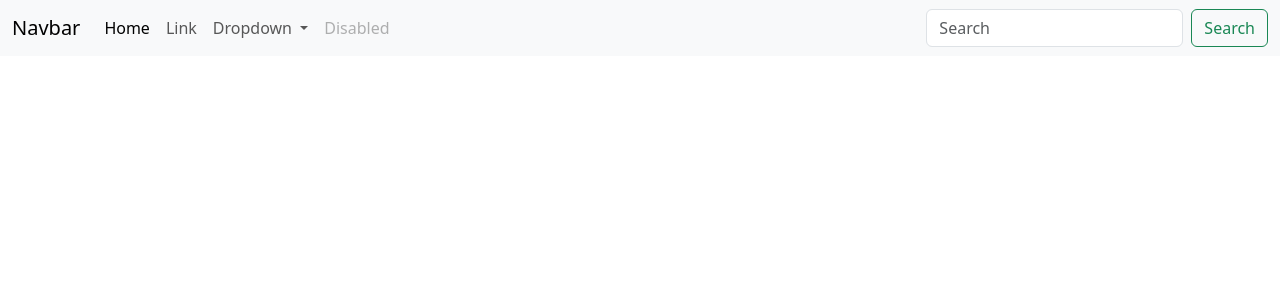
Repository: Riyakashiwala/practical
Page: riya 6th sem/book website.html
The author's editor kept a copy of each file at every save. The page is drawn from the files as they stood at one save, then again after the next save.
The browser window is 1280 px wide. The pictures show the whole page.

Above is the page before, as saved 2024-12-11 06:15:46.

After the next save:
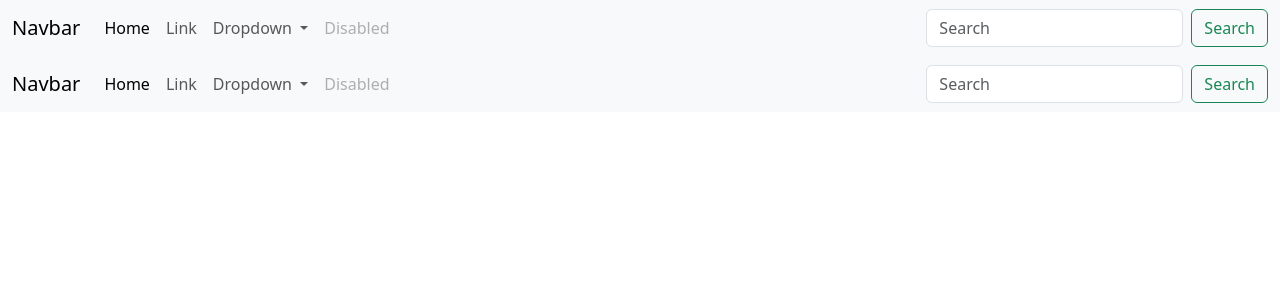
Saved 5 min 52 s later.
--- a/riya 6th sem/book website.html
+++ b/riya 6th sem/book website.html
@@ -1,3 +1,53 @@
+<!DOCTYPE html>
+<html lang="en">
+<head>
+    <meta charset="UTF-8">
+    <meta name="viewport" content="width=device-width, initial-scale=1.0">
+    <title>Book Website</title>
+    <link href="https://cdn.jsdelivr.net/npm/bootstrap@5.3.3/dist/css/bootstrap.min.css" rel="stylesheet" integrity="sha384-QWTKZyjpPEjISv5WaRU9OFeRpok6YctnYmDr5pNlyT2bRjXh0JMhjY6hW+ALEwIH" crossorigin="anonymous">
+
+
+</head>
+<body>
+    <nav class="navbar navbar-expand-lg bg-body-tertiary">
+        <div class="container-fluid">
+            <a class="navbar-brand" href="#">Navbar</a>
+            <button class="navbar-toggler" type="button" data-bs-toggle="collapse" data-bs-target="#navbarSupportedContent" aria-controls="navbarSupportedContent" aria-expanded="false" aria-label="Toggle navigation">
+            <span class="navbar-toggler-icon"></span>
+            </button>
+            <div class="collapse navbar-collapse" id="navbarSupportedContent">
+            <ul class="navbar-nav me-auto mb-2 mb-lg-0">
+                <li class="nav-item">
+                <a class="nav-link active" aria-current="page" href="#">Home</a>
+                </li>
+                <li class="nav-item">
+                <a class="nav-link" href="#">Link</a>
+                </li>
+                <li class="nav-item dropdown">
+                <a class="nav-link dropdown-toggle" href="#" role="button" data-bs-toggle="dropdown" aria-expanded="false">
+                Dropdown
+                </a>
+                <ul class="dropdown-menu">
+                  <li><a class="dropdown-item" href="#">Action</a></li>
+                  <li><a class="dropdown-item" href="#">Another action</a></li>
+                  <li><hr class="dropdown-divider"></li>
+                  <li><a class="dropdown-item" href="#">Something else here</a></li>
+                </ul>
+              </li>
+              <li class="nav-item">
+                <a class="nav-link disabled" aria-disabled="true">Disabled</a>
+              </li>
+            </ul>
+            <form class="d-flex" role="search">
+              <input class="form-control me-2" type="search" placeholder="Search" aria-label="Search">
+              <button class="btn btn-outline-success" type="submit">Search</button>
+            </form>
+          </div>
+        </div>
+      </nav>
+      <script src="https://cdn.jsdelivr.net/npm/bootstrap@5.3.3/dist/js/bootstrap.bundle.min.js" integrity="sha384-YvpcrYf0tY3lHB60NNkmXc5s9fDVZLESaAA55NDzOxhy9GkcIdslK1eN7N6jIeHz" crossorigin="anonymous"></script>
+</body>
+</html>
 <!DOCTYPE html>
 <html lang="en">
 <head>

After the save that followed:
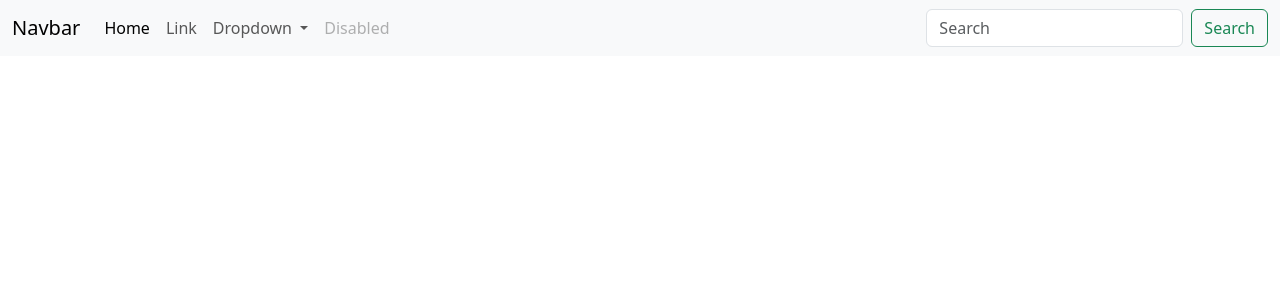
Saved 10 s later.
--- a/riya 6th sem/book website.html
+++ b/riya 6th sem/book website.html
@@ -48,51 +48,3 @@
       <script src="https://cdn.jsdelivr.net/npm/bootstrap@5.3.3/dist/js/bootstrap.bundle.min.js" integrity="sha384-YvpcrYf0tY3lHB60NNkmXc5s9fDVZLESaAA55NDzOxhy9GkcIdslK1eN7N6jIeHz" crossorigin="anonymous"></script>
 </body>
 </html>
-<!DOCTYPE html>
-<html lang="en">
-<head>
-    <meta charset="UTF-8">
-    <meta name="viewport" content="width=device-width, initial-scale=1.0">
-    <title>Book Website</title>
-    <link href="https://cdn.jsdelivr.net/npm/bootstrap@5.3.3/dist/css/bootstrap.min.css" rel="stylesheet" integrity="sha384-QWTKZyjpPEjISv5WaRU9OFeRpok6YctnYmDr5pNlyT2bRjXh0JMhjY6hW+ALEwIH" crossorigin="anonymous">
-</head>
-<body>
-    <nav class="navbar navbar-expand-lg bg-body-tertiary">
-        <div class="container-fluid">
-            <a class="navbar-brand" href="#">Navbar</a>
-            <button class="navbar-toggler" type="button" data-bs-toggle="collapse" data-bs-target="#navbarSupportedContent" aria-controls="navbarSupportedContent" aria-expanded="false" aria-label="Toggle navigation">
-            <span class="navbar-toggler-icon"></span>
-            </button>
-            <div class="collapse navbar-collapse" id="navbarSupportedContent">
-            <ul class="navbar-nav me-auto mb-2 mb-lg-0">
-                <li class="nav-item">
-                <a class="nav-link active" aria-current="page" href="#">Home</a>
-                </li>
-                <li class="nav-item">
-                <a class="nav-link" href="#">Link</a>
-                </li>
-                <li class="nav-item dropdown">
-                <a class="nav-link dropdown-toggle" href="#" role="button" data-bs-toggle="dropdown" aria-expanded="false">
-                Dropdown
-                </a>
-                <ul class="dropdown-menu">
-                  <li><a class="dropdown-item" href="#">Action</a></li>
-                  <li><a class="dropdown-item" href="#">Another action</a></li>
-                  <li><hr class="dropdown-divider"></li>
-                  <li><a class="dropdown-item" href="#">Something else here</a></li>
-                </ul>
-              </li>
-              <li class="nav-item">
-                <a class="nav-link disabled" aria-disabled="true">Disabled</a>
-              </li>
-            </ul>
-            <form class="d-flex" role="search">
-              <input class="form-control me-2" type="search" placeholder="Search" aria-label="Search">
-              <button class="btn btn-outline-success" type="submit">Search</button>
-            </form>
-          </div>
-        </div>
-      </nav>
-      <script src="https://cdn.jsdelivr.net/npm/bootstrap@5.3.3/dist/js/bootstrap.bundle.min.js" integrity="sha384-YvpcrYf0tY3lHB60NNkmXc5s9fDVZLESaAA55NDzOxhy9GkcIdslK1eN7N6jIeHz" crossorigin="anonymous"></script>
-</body>
-</html>
